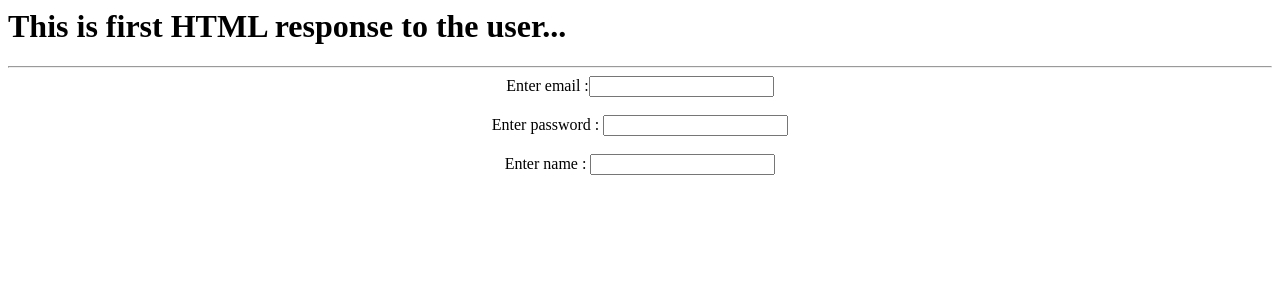
Repository: devandevare/Java
Page: http://localhost/first-web-app/sing-up
These files come from the project's save history. The page is drawn as it stood at one moment and after the next save; the edit follows.
The browser window is 1280 px wide. The pictures show the whole page.
The page is served by Tomcat 9.

Above is the page before, as saved 2022-09-25 07:58:50.

After the next save:
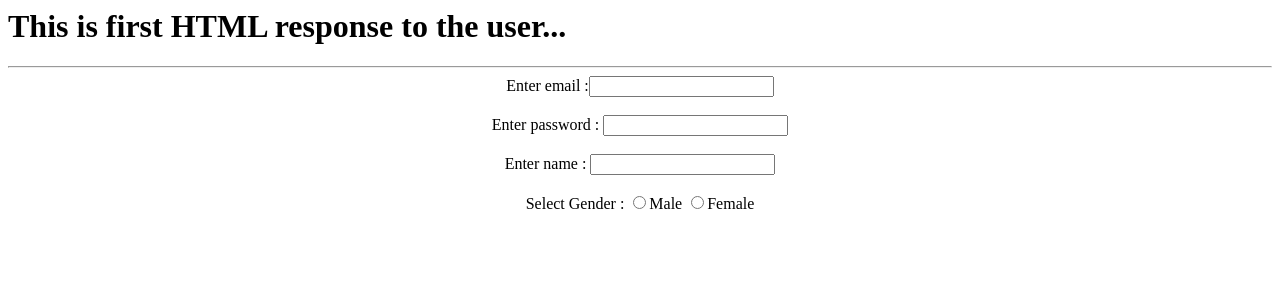
Saved 43 s later.
--- a/Adv Java/Projects/first-web-app/src/main/java/FirstServlet.java
+++ b/Adv Java/Projects/first-web-app/src/main/java/FirstServlet.java
@@ -31,7 +31,11 @@ public class FirstServlet extends HttpServlet {
 		out.print("<label>Enter password :</label>	<input type='password' name='password'> </input>");
 		out.print("<br/><br/>");
 		out.print("	<label>Enter name :</label>	<input type='text' name='name'> </input> <br/> <br/>");
-		out.print("");
+		out.print("<label>Select Gender :</label>			\r\n"
+				+ "		<input type=\"radio\" name=\"gender\" value=\"Male\">Male </input>\r\n"
+				+ "		<input type=\"radio\" name=\"gender\" value=\"Female\">Female </input>\r\n"
+				+ "		<br/>\r\n"
+				+ "		<br/>");
 		out.print("");
 		out.print("");
 	}
